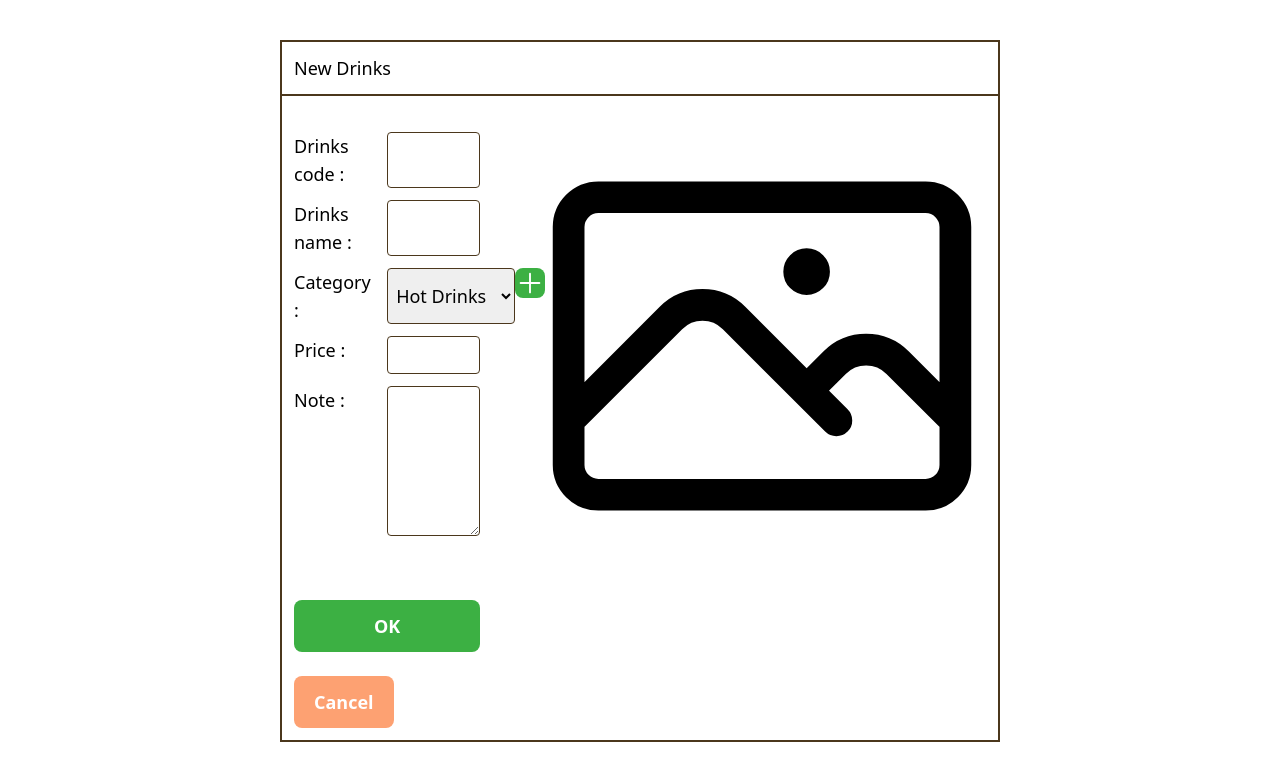
Repository: Dapravith/Midterm-SE-GIC-Cafe-Project-Group16
Page: bin/main/templates/addDrink.html
The author's editor kept a copy of each file at every save. The page is drawn from the files as they stood at one save, then again after the next save.
The browser window is 1280 px wide. The pictures show the whole page.
Some web libraries are served in a nearby version.

Above is the page before, as saved 2023-05-17 07:38:52.

After the next save:
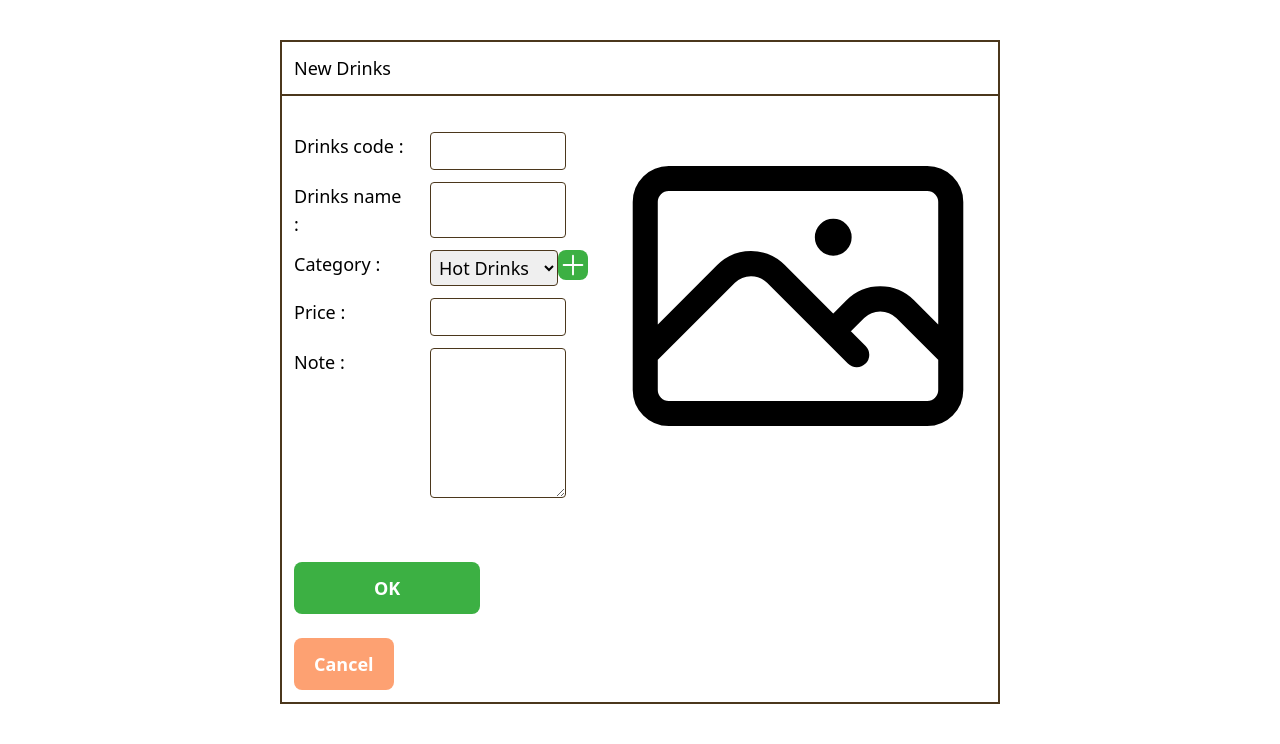
Saved 64 s later.
--- a/bin/main/templates/addDrink.html
+++ b/bin/main/templates/addDrink.html
@@ -21,7 +21,7 @@
 </head>
 
 <body class="m-10 text-lg">
-    <!-- GRUD PRODUCTS -->
+    <!-- CRUD PRODUCTS -->
     <div class="new_drink w-[60%] h-fit m-auto  border-[2px] border-solid border-[#4B371C] ">
         <div class="p-3 head">
             <h2>New Drinks</h2>
@@ -77,7 +77,7 @@
                 <form action="#">
                     <input id="file-input" type="file" name="file" hidden>
                     <label for="file-input">
-                        <svg xmlns="http://www.w3.org/2000/svg"  fill="none" viewBox="0 0 24 24" stroke-width="1.6" stroke="currentColor" class="cursor-pointer w-[500px] h-fit p-3">
+                        <svg xmlns="http://www.w3.org/2000/svg"  fill="none" viewBox="0 0 24 24" stroke-width="1.6" stroke="currentColor" class="cursor-pointer w-[400px] h-fit p-3">
                             <path stroke-linecap="round" stroke-linejoin="round" d="M2.25 15.75l5.159-5.159a2.25 2.25 0 013.182 0l5.159 5.159m-1.5-1.5l1.409-1.409a2.25 2.25 0 013.182 0l2.909 2.909m-18 3.75h16.5a1.5 1.5 0 001.5-1.5V6a1.5 1.5 0 00-1.5-1.5H3.75A1.5 1.5 0 002.25 6v12a1.5 1.5 0 001.5 1.5zm10.5-11.25h.008v.008h-.008V8.25zm.375 0a.375.375 0 11-.75 0 .375.375 0 01.75 0z" />
                           </svg>
                     </label>
